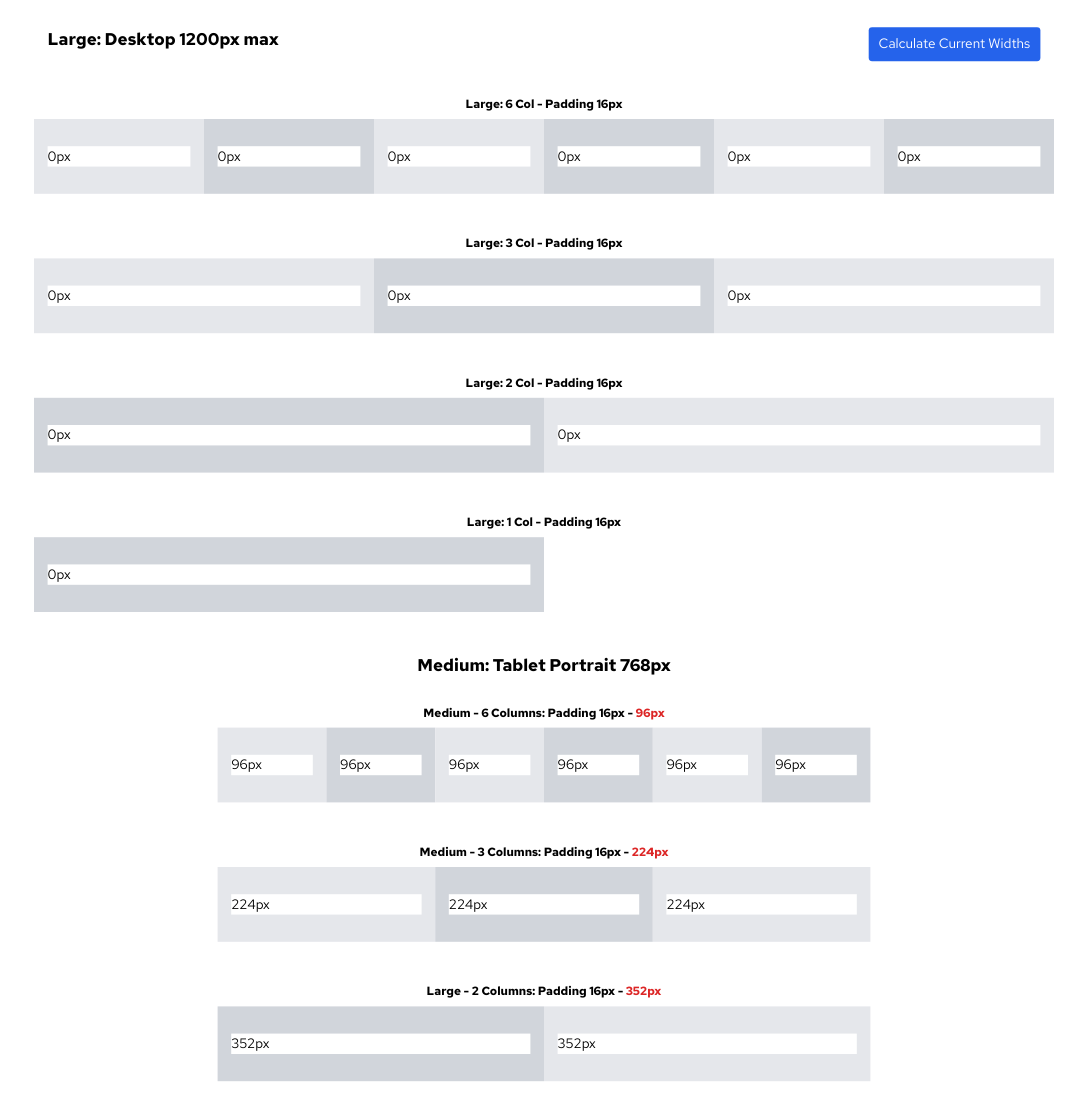
Repository: fabianwurk/vue-tailwind
Page: /
These files come from the project's save history. The page is drawn as it stood at one moment and after the next save; the edit follows.
The browser window is 1280 px wide. The pictures show the whole page, at 85% of full size.
The project was rebuilt for these pictures with package versions that can differ from the ones it lists, and the page was loaded fresh each time. Also part of the build but not shown: vite.config.js.

Above is the page before, as saved 2021-03-16 22:18:48.

After the next save:
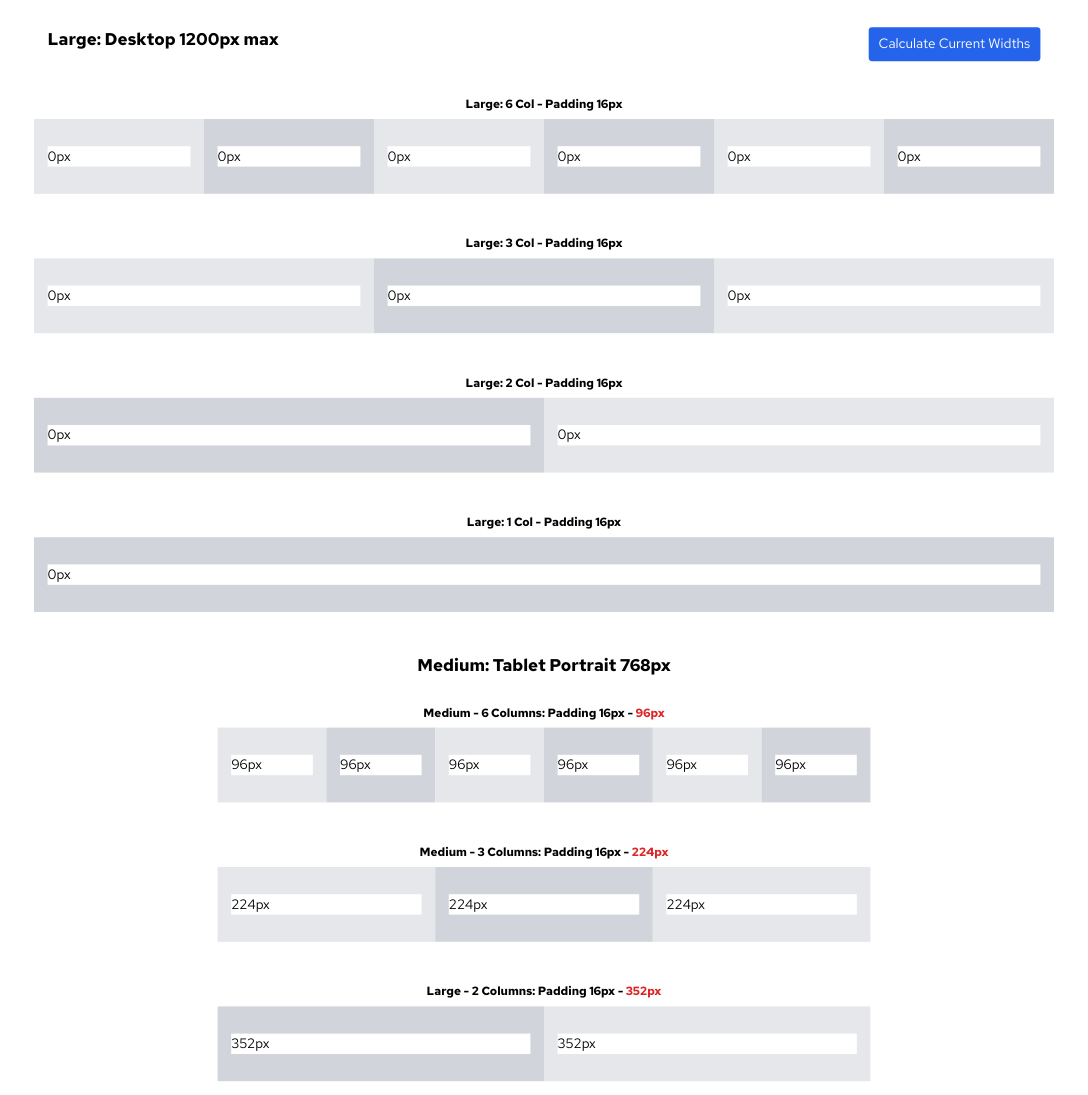
Saved 8 s later.
--- a/src/components/Large.vue
+++ b/src/components/Large.vue
@@ -62,7 +62,7 @@
     <div class="container mx-auto">
       <h2 class="text-sm font-bold mb-2 mt-8 text-center">Large: 1 Col - Padding 16px</h2>
       <div class="flex items-center">
-        <div class="w-1/2 bg-gray-300 mb-4 mt-0 py-8 px-4">
+        <div class="w-full bg-gray-300 mb-4 mt-0 py-8 px-4">
           <span class="bg-white w-full block" ref="app2">{{width2}}px</span>
         </div>
       </div>
